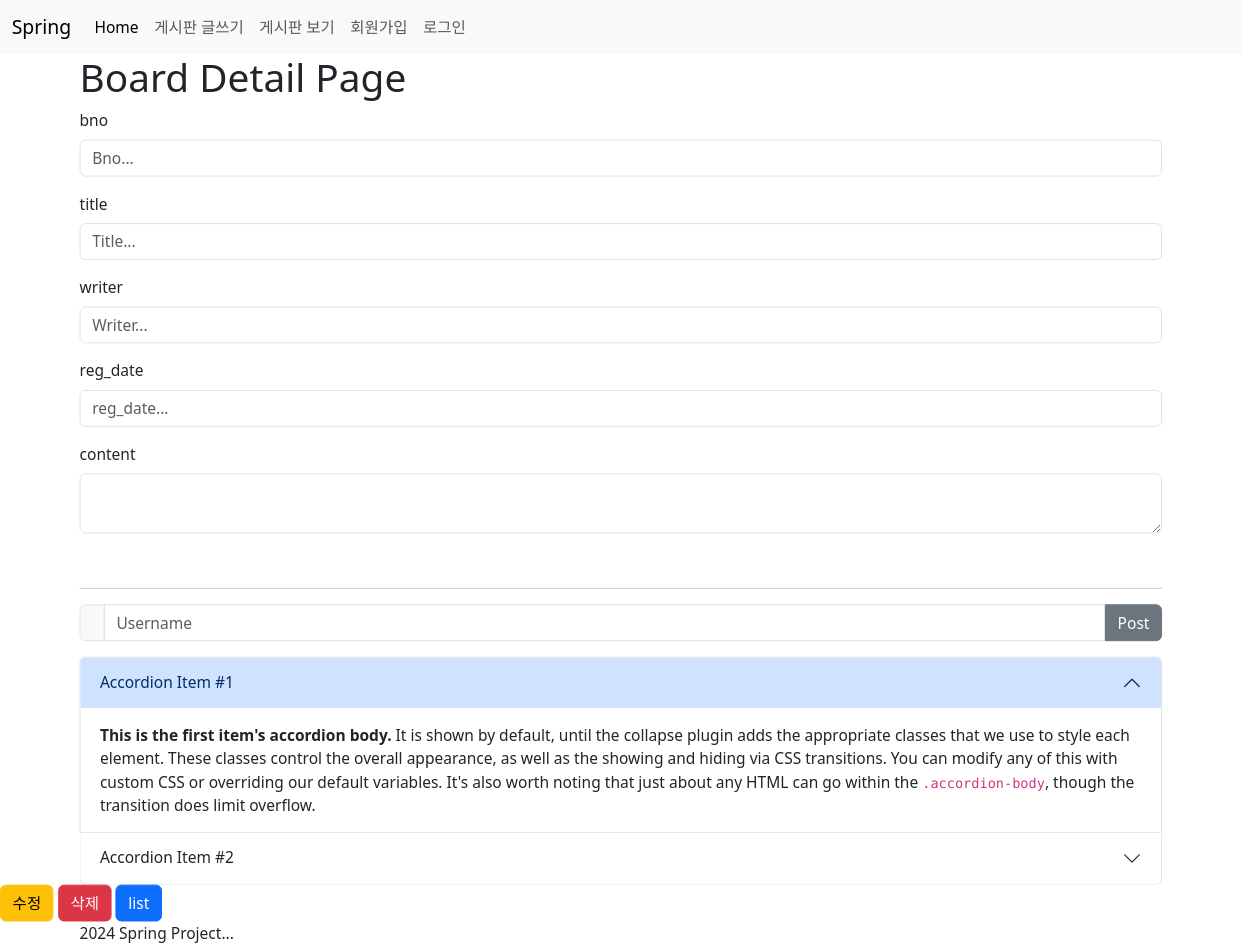
Repository: lhj6399/springTest240430
Page: http://localhost/spring_study/WEB-INF/views/board/detail.jsp
The author's editor kept a copy of each file at every save. The page is drawn from the files as they stood at one save, then again after a run of saves.
The browser window is 1280 px wide. The pictures show the whole page, at 97% of full size.
The page is served by Tomcat 9. Nobody is signed in. The template is opened directly, without the code that normally fills it, so the values that code supplies are empty.

Above is the page before, as saved 2024-04-26 02:47:26.

### spring_study/src/main/webapp/WEB-INF/views/board/detail.jsp
<%@ page language="java" contentType="text/html; charset=UTF-8"
    pageEncoding="UTF-8"%>
<jsp:include page="../layout/header.jsp" />
<div class="container-md">
<h1>Board Detail Page</h1>
	<div class="mb-3">
	  <label for="n" class="form-label">bno</label>
	  <input type="text" class="form-control" name="bno" id="n" value="${bvo.bno }" readonly="readonly" placeholder="Bno...">
	</div>
	<div class="mb-3">
	  <label for="t" class="form-label">title</label>
	  <input type="text" class="form-control" name="title" id="t" value="${bvo.title }" readonly="readonly" placeholder="Title...">
	</div>
	<div class="mb-3">
	  <label for="w" class="form-label">writer</label>
	  <input type="text" class="form-control" name="writer" id="w" value="${bvo.writer }" readonly="readonly" placeholder="Writer...">
	</div>
	<div class="mb-3">
	  <label for="r" class="form-label">reg_date</label>
	  <input type="text" class="form-control" name="reg_date" id="r" value="${bvo.reg_date }" readonly="readonly" placeholder="reg_date...">
	</div>
	<div class="mb-3">
	  <label for="c" class="form-label">content</label>
	  <textarea class="form-control" id="c" name="content" aria-label="With textarea" readonly="readonly">${bvo.content }</textarea>
	</div>

	<!-- Comment lint -->
	<!-- 댓글 등록 라인 -->
	<br>
	<hr>
	<div class="input-group mb-3">
  <span class="input-group-text" id="basic-addon1">${ses.id }</span>
  <input type="text" class="form-control" placeholder="Username" placeholder="Add Comment..." aria-label="Username" aria-describedby="basic-addon1">
	<button type="button" id="cmtAddBtn" class="btn btn-secondary">Post</button>
	</div>
	<!-- 댓글 출력 라인 -->
	<div class="accordion" id="accordionExample">
  <div class="accordion-item">
    <h2 class="accordion-header">
      <button class="accordion-button" type="button" data-bs-toggle="collapse" data-bs-target="#collapseOne" aria-expanded="true" aria-controls="collapseOne">
        Accordion Item #1
      </button>
    </h2>
    <div id="collapseOne" class="accordion-collapse collapse show" data-bs-parent="#accordionExample">
      <div class="accordion-body">
        <strong>This is the first item's accordion body.</strong> It is shown by default, until the collapse plugin adds the appropriate classes that we use to style each element. These classes control the overall appearance, as well as the showing and hiding via CSS transitions. You can modify any of this with custom CSS or overriding our default variables. It's also worth noting that just about any HTML can go within the <code>.accordion-body</code>, though the transition does limit overflow.
      </div>
    </div>
  </div>
  <div class="accordion-item">
    <h2 class="accordion-header">
      <button class="accordion-button collapsed" type="button" data-bs-toggle="collapse" data-bs-target="#collapseTwo" aria-expanded="false" aria-controls="collapseTwo">
        Accordion Item #2
      </button>
    </div>
  </div>
</div>


	<a href="/board/modify?bno=${bvo.bno }"><button type="button" class="btn btn-warning">수정</button></a>
	<a href="/board/remove?bno=${bvo.bno }"><button type="button" class="btn btn-danger">삭제</button></a>
	<a href="/board/list"><button type="button" class="btn btn-primary">list</button></a>

</div>

<jsp:include page="../layout/footer.jsp" />

### spring_study/src/main/webapp/WEB-INF/views/layout/header.jsp
<%@ page language="java" contentType="text/html; charset=UTF-8"
    pageEncoding="UTF-8"%>
    <%@ taglib uri="http://java.sun.com/jsp/jstl/core" prefix="c" %>
<!DOCTYPE html>
<html>
<head>
<meta charset="UTF-8">
<title>header.jsp</title>
<link href="https://cdn.jsdelivr.net/npm/bootstrap@5.3.3/dist/css/bootstrap.min.css" rel="stylesheet" integrity="sha384-QWTKZyjpPEjISv5WaRU9OFeRpok6YctnYmDr5pNlyT2bRjXh0JMhjY6hW+ALEwIH" crossorigin="anonymous">
<script src="https://cdn.jsdelivr.net/npm/bootstrap@5.3.3/dist/js/bootstrap.bundle.min.js" integrity="sha384-YvpcrYf0tY3lHB60NNkmXc5s9fDVZLESaAA55NDzOxhy9GkcIdslK1eN7N6jIeHz" crossorigin="anonymous"></script>
</head>
<body>
<nav class="navbar navbar-expand-lg bg-body-tertiary">
  <div class="container-fluid">
    <a class="navbar-brand" href="#">Spring</a>
    <button class="navbar-toggler" type="button" data-bs-toggle="collapse" data-bs-target="#navbarSupportedContent" aria-controls="navbarSupportedContent" aria-expanded="false" aria-label="Toggle navigation">
      <span class="navbar-toggler-icon"></span>
    </button>
    <div class="collapse navbar-collapse" id="navbarSupportedContent">
      <ul class="navbar-nav me-auto mb-2 mb-lg-0">
        <li class="nav-item">
          <a class="nav-link active" aria-current="page" href="/">Home</a>
        </li>
        <li class="nav-item">
          <a class="nav-link" href="/board/register">게시판 글쓰기</a>
        </li>
        <li class="nav-item">
          <a class="nav-link" href="/board/list">게시판 보기</a>
        </li>
        <c:if test="${ses.id eq null }">
        <li class="nav-item">
          <a class="nav-link" href="/member/register">회원가입</a>
        </li>
        </c:if>
        <c:if test="${ses.id eq null }">
        <li class="nav-item">
          <a class="nav-link" href="/member/login">로그인</a>
        </li>
        </c:if>
        <c:if test="${ses.id ne null }">
        <li class="nav-item">
          <a class="nav-link" href="/member/logout">로그아웃</a>
        </li>
          <li class="nav-item">
          <a class="nav-link" href="/member/modify">${ses.id } (${ses.email }) welcome!!</a>
        </li>
        </c:if>
       </ul>
    </div>
  </div>
</nav>

### spring_study/src/main/webapp/WEB-INF/views/layout/footer.jsp
<%@ page language="java" contentType="text/html; charset=UTF-8"
    pageEncoding="UTF-8"%>

<div class="container-md">
 	2024 Spring Project...
</div>

</body>
</html>

After the next 2 saves:
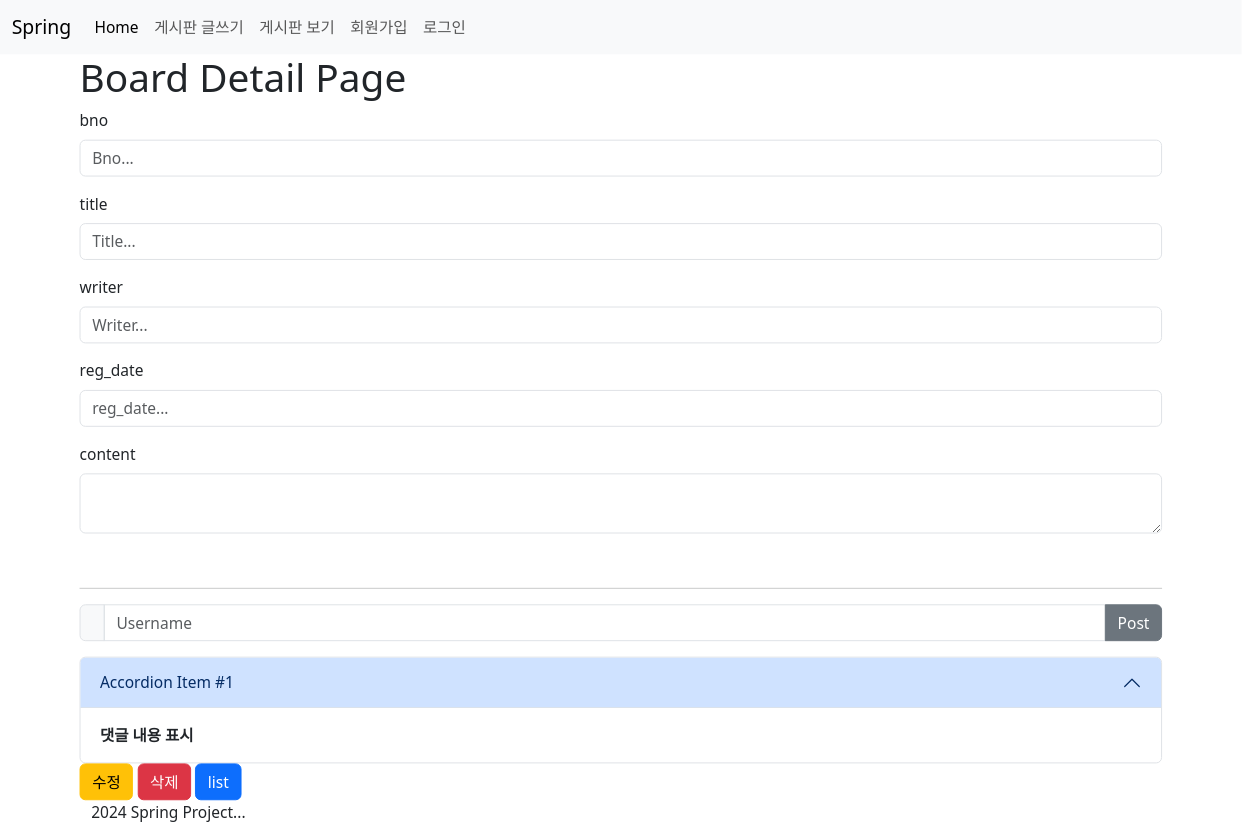
The 2 saves are shown as one change because they came seconds apart.
The last was saved 106 s later.
--- a/spring_study/src/main/webapp/WEB-INF/views/board/detail.jsp
+++ b/spring_study/src/main/webapp/WEB-INF/views/board/detail.jsp
@@ -43,17 +43,9 @@
     </h2>
     <div id="collapseOne" class="accordion-collapse collapse show" data-bs-parent="#accordionExample">
       <div class="accordion-body">
-        <strong>This is the first item's accordion body.</strong> It is shown by default, until the collapse plugin adds the appropriate classes that we use to style each element. These classes control the overall appearance, as well as the showing and hiding via CSS transitions. You can modify any of this with custom CSS or overriding our default variables. It's also worth noting that just about any HTML can go within the <code>.accordion-body</code>, though the transition does limit overflow.
+        <strong>댓글 내용 표시</strong>
       </div>
     </div>
-  </div>
-  <div class="accordion-item">
-    <h2 class="accordion-header">
-      <button class="accordion-button collapsed" type="button" data-bs-toggle="collapse" data-bs-target="#collapseTwo" aria-expanded="false" aria-controls="collapseTwo">
-        Accordion Item #2
-      </button>
-    </div>
-  </div>
 </div>
 
 
